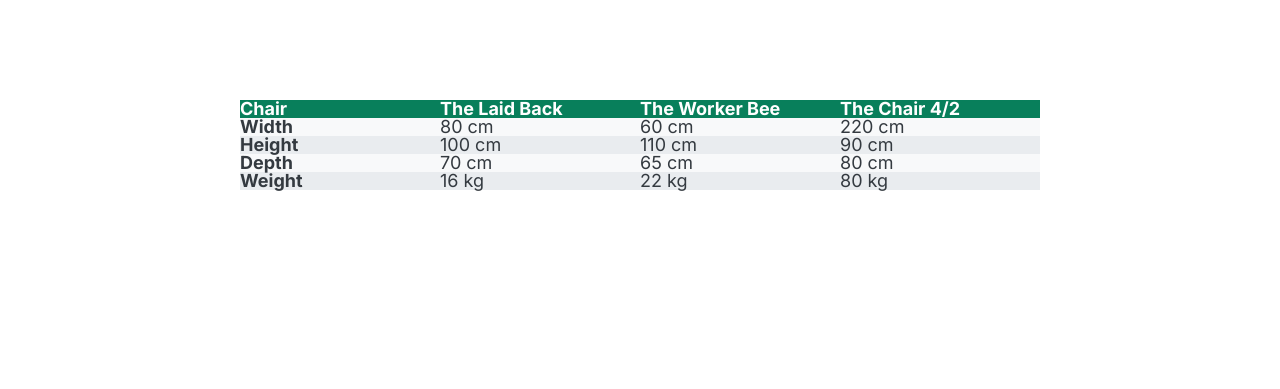
Repository: nghiakma/HTML-CSS-Fundamental
Page: Component_LayoutPatterns/Table.html
These files come from the project's save history. The page is drawn as it stood at one moment and after the next save; the edit follows.
The browser window is 1280 px wide. The pictures show the whole page.

Above is the page before, as saved 2023-08-26 15:17:23.

After the next save:
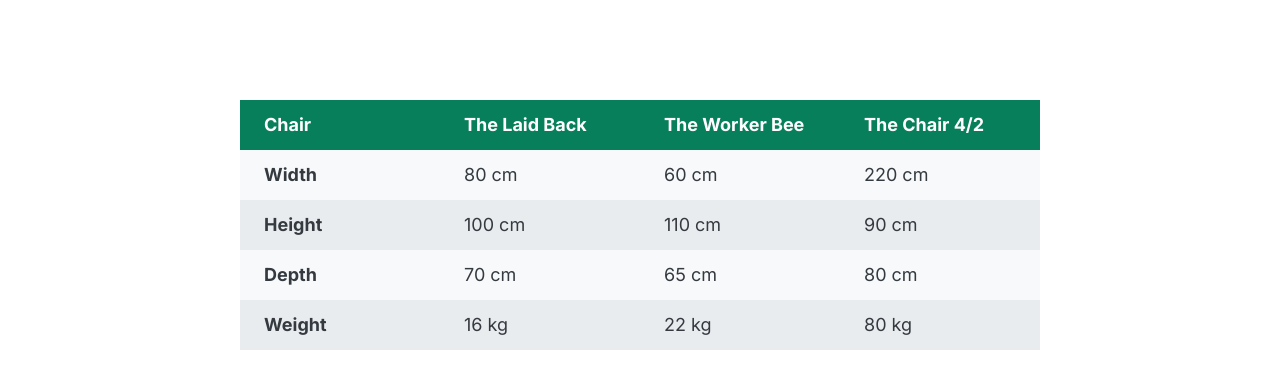
Saved 25 s later.
--- a/Component_LayoutPatterns/Table.html
+++ b/Component_LayoutPatterns/Table.html
@@ -26,12 +26,14 @@
       width: 800px;
       margin-top: 100px;
       font-size: 18px;
+      /* border: 1px solid #343a40; */
       border-collapse: collapse;
     }
 
     th,
     td {
-      padding: 16px, 24px;
+      /* border: 1px solid #343a40; */
+      padding: 16px 24px;
       text-align: left;
     }
 

After the save that followed:
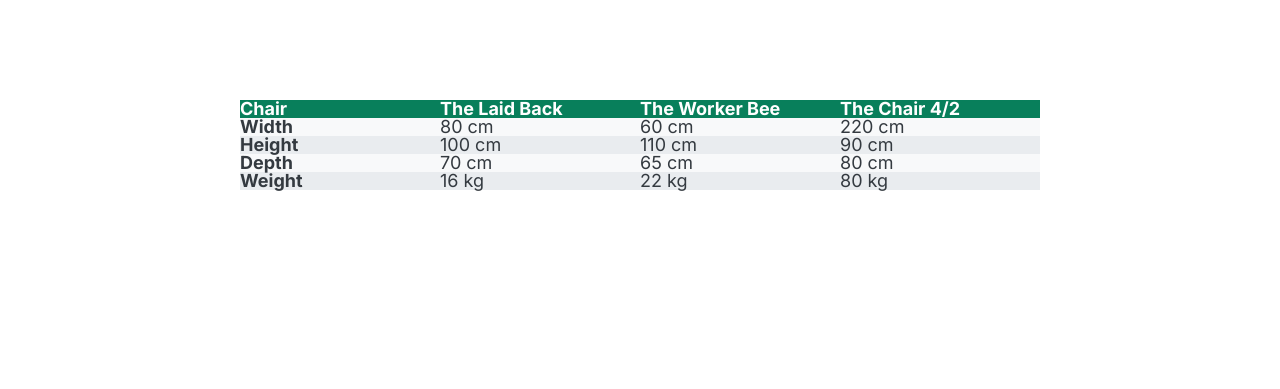
Saved 25 s later.
--- a/Component_LayoutPatterns/Table.html
+++ b/Component_LayoutPatterns/Table.html
@@ -26,14 +26,12 @@
       width: 800px;
       margin-top: 100px;
       font-size: 18px;
-      /* border: 1px solid #343a40; */
       border-collapse: collapse;
     }
 
     th,
     td {
-      /* border: 1px solid #343a40; */
-      padding: 16px 24px;
+      padding: 16px, 24px;
       text-align: left;
     }
 
